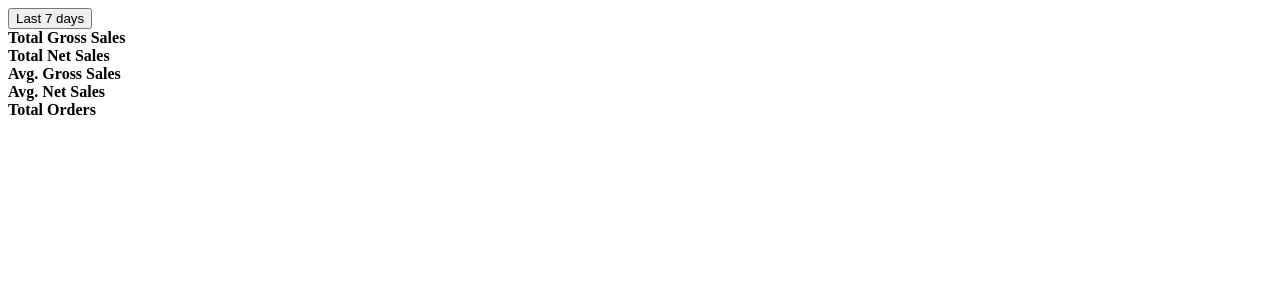
Repository: quockhuongtrann/Ecommerce-Website-With-Spring-Framework
Page: http://localhost/reports/sales_report_by_date
An editor plug-in stored every save of this project. The page is shown before and after the next save, followed by the edit.
The browser window is 1280 px wide. The pictures show the whole page.
The page is this project's Thymeleaf template; nobody is signed in. The template is opened directly, without the code that normally fills it, so the values that code supplies are empty.

Above is the page before, as saved 2023-01-18 10:00:54.

After the next save:
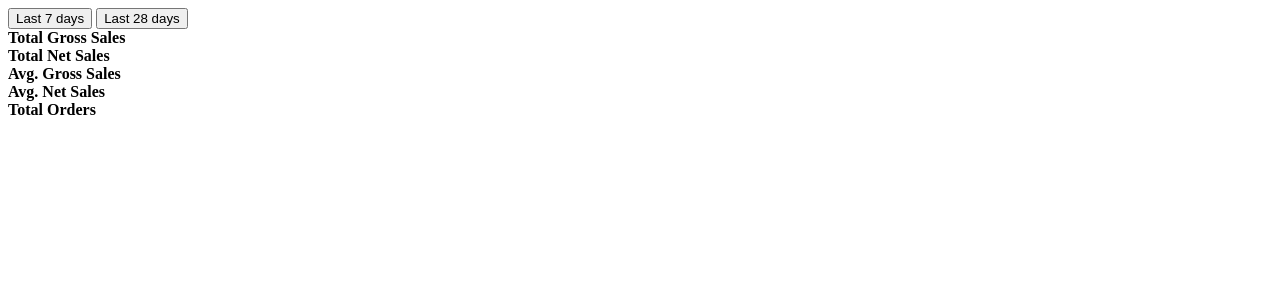
Saved 43 s later.
--- a/ShopTqkProject/ShopTqkWebParent/ShopTqkBackend/src/main/resources/templates/reports/sales_report_by_date.html
+++ b/ShopTqkProject/ShopTqkWebParent/ShopTqkBackend/src/main/resources/templates/reports/sales_report_by_date.html
@@ -4,6 +4,7 @@
 <div th:fragment="content" th:remove="tag">
 	<div>
 		<button class="btn btn-primary">Last 7 days</button>
+		<button class="btn btn-primary">Last 28 days</button>
 	</div>
 
 	<div id="chart_sales_by_date" class="justify-content-center mt-3">
